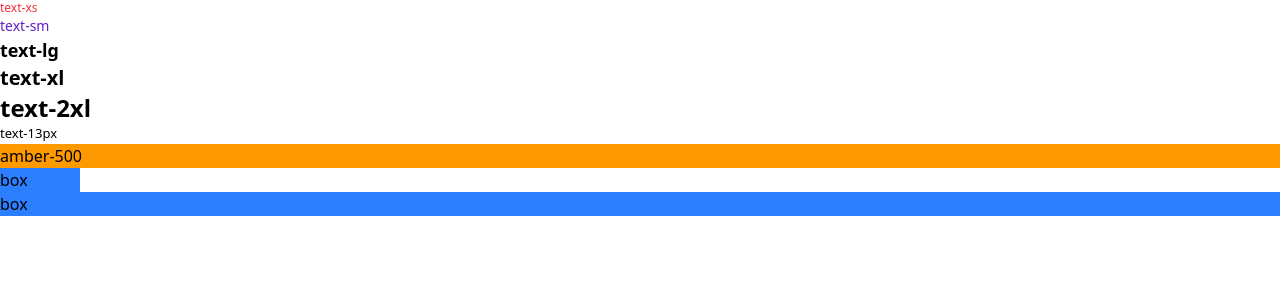
Repository: kkhhjjoo/onebite-tailwind
Page: /
The author's editor kept a copy of each file at every save. The page is drawn from the files as they stood at one save, then again after the next save.
The browser window is 1280 px wide. The pictures show the whole page.
The project was rebuilt for these pictures with package versions that can differ from the ones it lists, and the page was loaded fresh each time. Also part of the build but not shown: vite.config.ts, src/App.css.

Above is the page before, as saved 2025-12-24 19:43:32.

### src/main.tsx
import { createRoot } from 'react-dom/client'
import './index.css'
import App from './App.tsx'

createRoot(document.getElementById('root')!).render(<App />);

### src/App.tsx
import "./App.css";

function App() {
  return (
    <div>
      {/* 1. 타이포그래프 */}
      <div className="text-xs text-red-500">text-xs</div>
      <div className="text-sm text-[rgb(100,30,200)]">text-sm</div>
      <div className="text-lg font-bold">text-lg</div>
      <div className="text-xl font-extrabold">text-xl</div>
      <div className="text-2xl font-black">text-2xl</div>
      <div className="text-[13px]">text-13px</div>

      {/* 2. 백그라운드 컬러 */}
      <div className="bg-amber-500">amber-500</div>

      {/* 3. 사이즈 */}
      <div className="w-20 bg-blue-500">box</div>
      <div className="w-full bg-blue-500">box</div>
    </div>
  );
}

export default App;

Loaded but not shown: index.html (common file); src/index.css (common file)

After the next save:
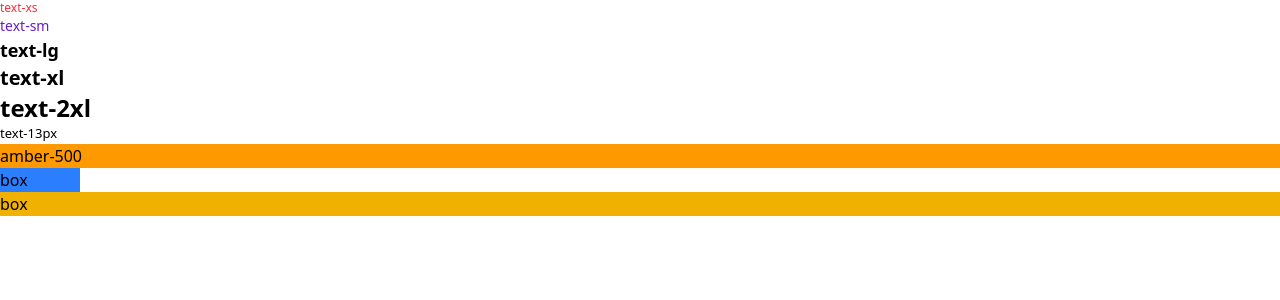
Saved 5 s later.
--- a/src/App.tsx
+++ b/src/App.tsx
@@ -16,7 +16,7 @@ function App() {
 
       {/* 3. 사이즈 */}
       <div className="w-20 bg-blue-500">box</div>
-      <div className="w-full bg-blue-500">box</div>
+      <div className="w-full bg-yellow-500">box</div>
     </div>
   );
 }
